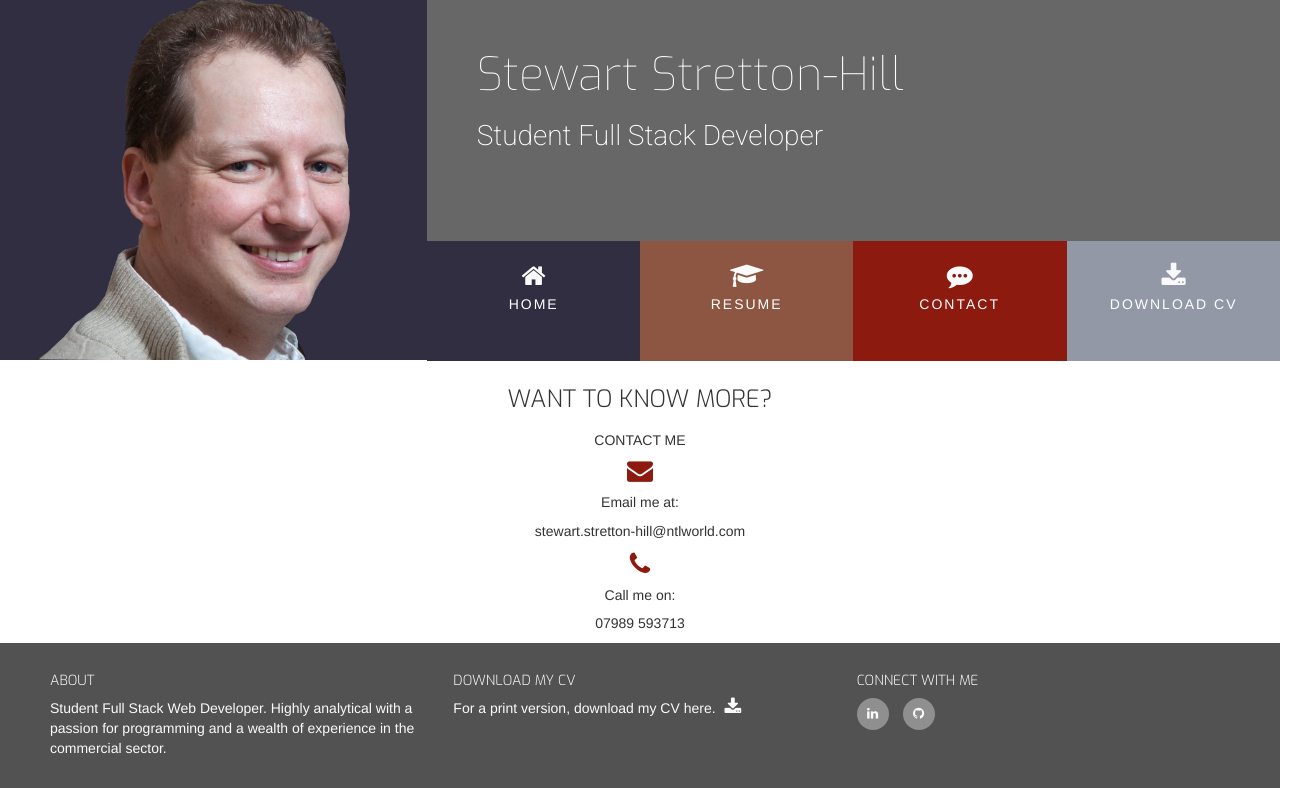
Repository: Shilldon/CV
Page: contact.html
The author's editor kept a record of every edit. The page is drawn from the files as they stood at one moment, then again after the next edit.
The browser window is 1280 px wide. The page is 1295 px wide, so the pictures cover 1295 px, including what lies to the right of the window. The pictures show the whole page.

Above is the page before.

After the next edit:
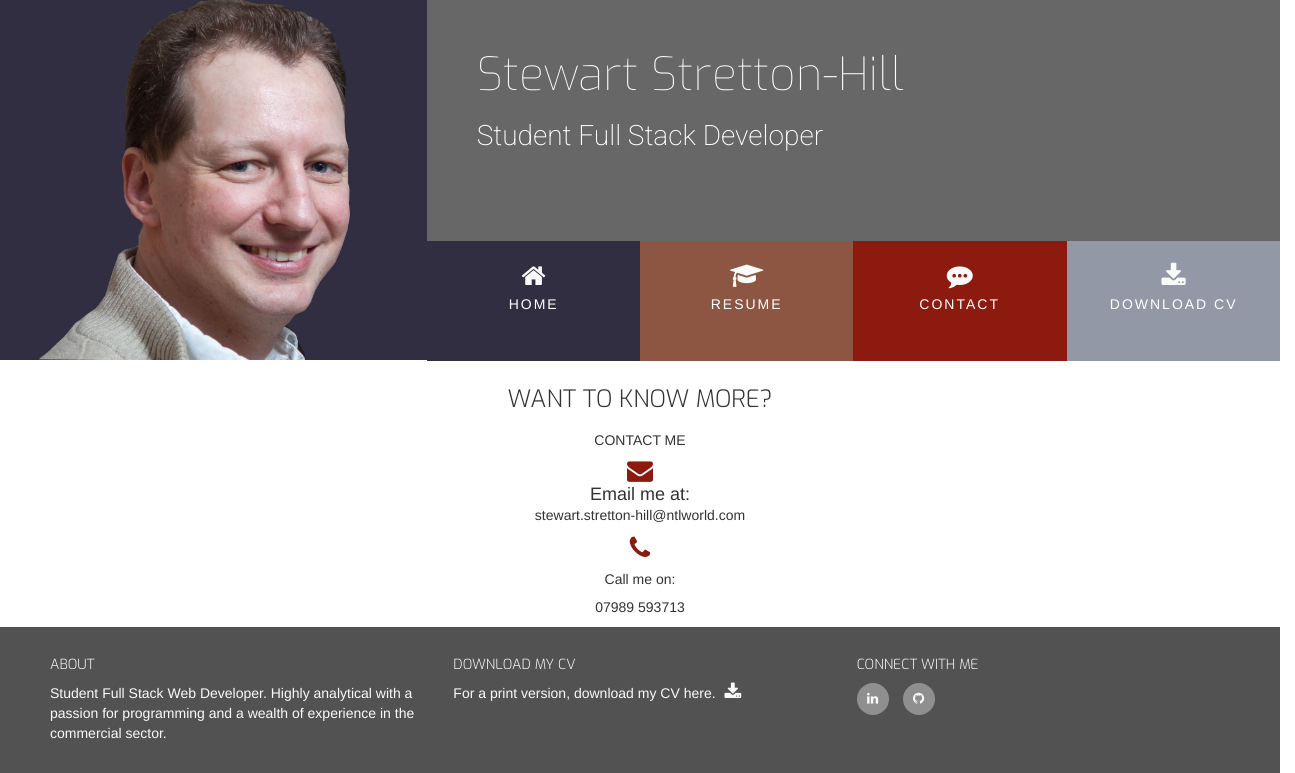
The edit:
--- a/contact.html
+++ b/contact.html
@@ -52,7 +52,7 @@
             <div class="row">
                 <div class="col-xs-10 col-xs-offset-1 text-center">
                     <i class="three-reasons-icon fa fa-envelope" aria-hidden="true"></i>
-                    <h5>Email me at:</h5>
+                    <h4>Email me at:</h4>
                     <p>stewart.stretton-hill@ntlworld.com</p>
                 </div>
             </div>
